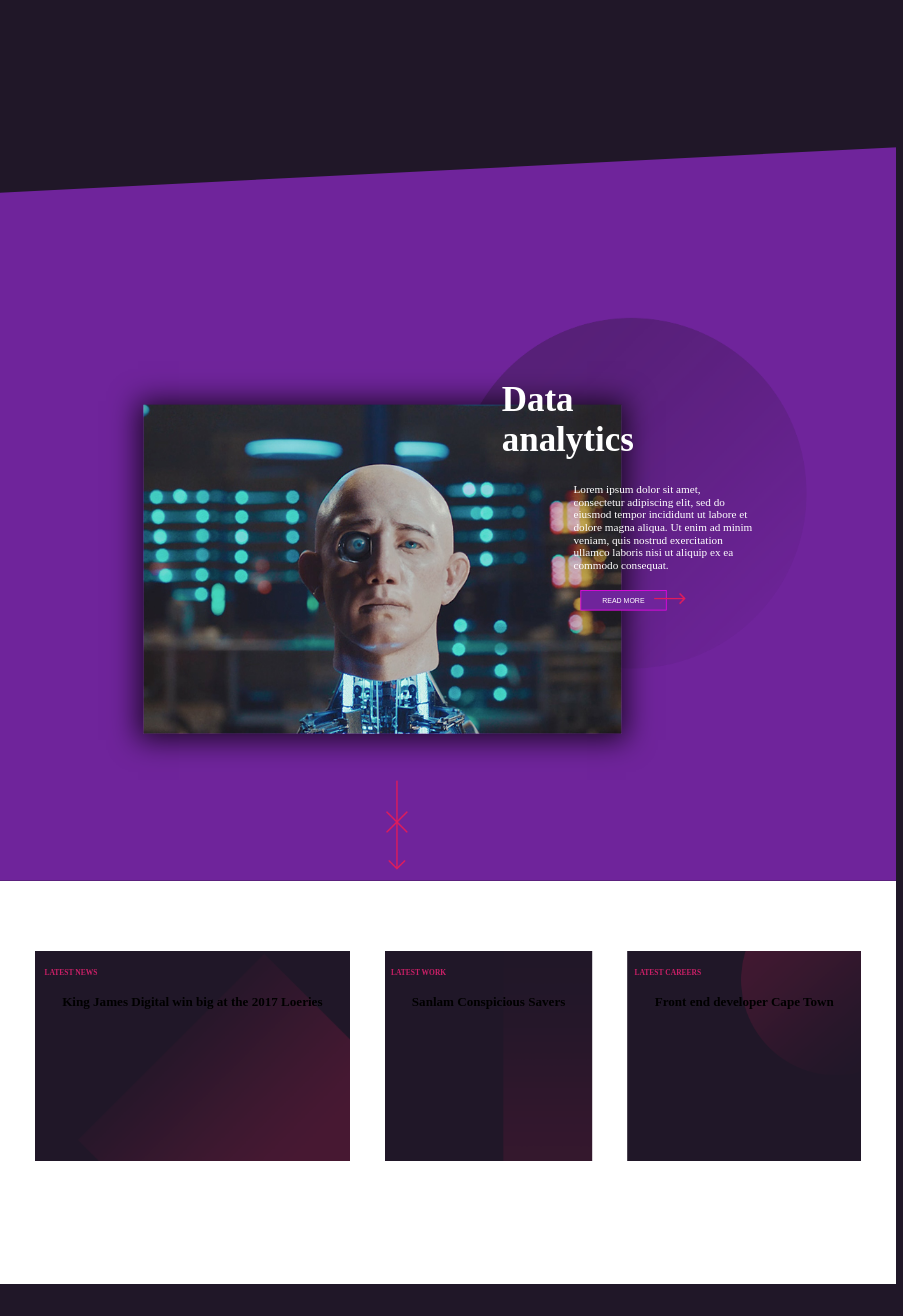
Repository: Ajtheult/King-James-Site
Page: index.html
These files come from the project's save history. The page is drawn as it stood at one moment and after the next save; the edit follows.
The browser window is 1280 px wide. The page is 1290 px wide, so the pictures cover 1290 px, including what lies to the right of the window. The pictures show the part of the page from y = 2051 to 3931 px (the page is 3931 px tall), at 70% of full size.
Some web fonts or font styles are not loaded; a fallback is used. The style sheet was rebuilt from its Sass, Less or Tailwind sources for each picture, by a compiler version that may differ from the author's.

Above is the page before, as saved 2020-08-21 14:27:12.

### index.html
<!DOCTYPE html>
<html lang="en">
  <head>
    <meta charset="UTF-8" />
    <meta name="viewport" content="width=device-width, initial-scale=1.0" />
    <!-- Font Awesome -->
    <link
      rel="stylesheet"
      href="https://use.fontawesome.com/releases/v5.7.2/css/all.css"
      integrity="sha384-fnmOCqbTlWIlj8LyTjo7mOUStjsKC4pOpQbqyi7RrhN7udi9RwhKkMHpvLbHG9Sr"
      crossorigin="anonymous"
    />
    <!-- Font Awesome -->
    <!-- Fonts -->
    <link
      href="https://fonts.googleapis.com/css2?family=Playfair+Display&display=swap"
      rel="stylesheet"
    />
    <link
      href="https://fonts.googleapis.com/css2?family=Gruppo&display=swap"
      rel="stylesheet"
    />
    <!-- Fonts -->
    <link rel="stylesheet" href="./styling/index.css" />
    <title>King James</title>
  </head>
  <body>
    <div class="box">
      <i class="fas fa-bars move_icon"></i>
      <img
        src="./kjd-fontend-test-files/kjd-assets/kjd-logo.png"
        alt="img"
        class="heading"
      />
      <img
        src="./kjd-fontend-test-files/kjd-assets/arrow-down.png"
        alt=""
        srcset=""
        class="white_arrow"
      />
    </div>
    <div class="box_two">
      <div>
        We offer an interconnected set of services to help our clients respond
        to the disruptions and seize the opportunities of the digital age.
        <button type="button">ABOUT US</button>
        <img
          src="./kjd-fontend-test-files/kjd-assets/arrow-right.png"
          alt="arrow"
          class="arrow_by_button"
        />
      </div>
    </div>
    <!-- Second section -->
    <div class="box_three">
      <img
        src="./kjd-fontend-test-files/kjd-assets/missing.png"
        alt="cross"
        class="move_cross"
      />
      <div class="text-box">
        <h1 class="title">Advertising communications</h1>
        <p>
          Lorem ipsum dolor sit amet, consectetur adipiscing elit, sed do
          eiusmod tempor incididunt ut labore et dolore magna aliqua. Ut enim ad
          minim veniam, quis nostrud exercitation ullamco laboris nisi ut
          aliquip ex ea commodo consequat.
        </p>
        <button type="button">READ MORE</button>
        <img
          src="./kjd-fontend-test-files/kjd-assets/arrow-right.png"
          alt="arrow"
          class="arrow_by_button"
        />
      </div>
      <img
        src="./kjd-fontend-test-files/kjd-assets/hex-gradient.png"
        alt="hex"
        class="move_hex"
      />
      <img
        src="./kjd-fontend-test-files/kjd-assets/arrow-glyph.png"
        alt="arrow"
        class="cross_arrow"
      />
      <img
        src="./kjd-fontend-test-files/kjd-assets/image-slider-1.jpg"
        alt="people"
        class="people"
      />
      <img
        src="./kjd-fontend-test-files/kjd-assets/glyph.png"
        alt="squiggle"
        class="squiggle"
      />
    </div>
    <div class="box_four">
      <img
        src="./kjd-fontend-test-files/kjd-assets/circle-gradient.png"
        alt="circle"
        class="circle"
      />
      <img
        src="./kjd-fontend-test-files/kjd-assets/image-slider-2.jpg"
        alt="robot"
        class="robot"
      />
      <div class="text-box-2">
        <h1 class="title_of_robot">Data analytics</h1>
        <p>
          Lorem ipsum dolor sit amet, consectetur adipiscing elit, sed do
          eiusmod tempor incididunt ut labore et dolore magna aliqua. Ut enim ad
          minim veniam, quis nostrud exercitation ullamco laboris nisi ut
          aliquip ex ea commodo consequat.
        </p>
        <button type="button">READ MORE</button>
        <img
          src="./kjd-fontend-test-files/kjd-assets/arrow-right.png"
          alt="arrow"
          class="arrow_by_button"
        />
      </div>
      <img
        src="./kjd-fontend-test-files/kjd-assets/arrow-glyph-2.png"
        alt="arrowtwo"
        class="arrow_with_cross"
      />
    </div>
    <div class="box_five">
      <div class="grid-container">
        <div class="grid-item num_one">
          <h6>LATEST NEWS</h6>
          <h3>King James Digital win big at the 2017 Loeries</h3>
        </div>
        <div class="grid-item num_two">
          <h6>LATEST WORK</h6>
          <h3>Sanlam Conspicious Savers</h3>
        </div>
        <div class="grid-item num_three">
          <h6>LATEST CAREERS</h6>
          <h3>Front end developer Cape Town</h3>
        </div>
      </div>
    </div>
  </body>
</html>

### styling/index.scss
body {
  margin: 0;
  padding: 0;
  background-color: rgb(32, 23, 40);
}

.box {
  background-image: url(../kjd-fontend-test-files/kjd-assets/hearo-top.jpg);
  background-position: center;
  background-size: cover;
  height: 120vh;
  clip-path: polygon(0 0, 100% 0%, 100% 100%, 0 92%);
  .heading {
    color: black;
    position: absolute;
    top: 50%;
    left: 50%;
    transform: translate(-50%, -50%);
    text-align: center;
  }
  .move_icon {
    color: white;
    margin-left: 98%;
    margin-top: 1%;
  }
  .white_arrow {
    top: 95%;
    left: 50%;
    transform: translate(-50%, -50%);
    position: absolute;
  }
}

.box_two {
  background-color: rgb(111, 36, 155);
  height: 50%;
  width: 70%;
  position: absolute;
  top: 68%;
  left: 50%;
  transform: translate(-50%, -50%);
  margin-top: 420px;
  clip-path: polygon(0 0, 100% 0, 100% 87%, 0% 100%);
  div {
    font-size: 265%;
    font-family: "Playfair Display", serif;
    text-align: center;
    color: white;
    margin-top: 2%;
    position: absolute;
    padding-left: 10%;
    padding-right: 10%;
  }
  button {
    border: 1px solid rgb(255, 0, 242);
    background-color: rgb(111, 36, 155);
    color: white;
    padding: 8px 30px;
    font-size: 10px;
    position: absolute;
    transform: translate(-70%, 270%);
  }
  .arrow_by_button {
    transform: translate(30%, 340%);
  }
}

.box_three {
  margin-top: 50%;
  .move_cross {
    position: absolute;
    top: 170%;
    left: 50%;
    transform: translate(-50%, -50%);
    z-index: -1;
  }
  .move_hex {
    transform: translate(90%, -125%);
    // z-index: -1;
  }
  .people {
    transform: translate(20%, -102%);
  }
  .squiggle {
    transform: translate(20%, -720%);
  }
  .cross_arrow {
    transform: translate(50%, -300%);
  }
  .text-box {
    transform: translate(95%, -80%);
    width: 20%;
    // z-index: 2;
    .title {
      font-size: 350%;
      color: white;
    }
    p {
      color: white;
      font-family: "Gruppo", cursive;
    }
    button {
      border: 1px solid rgb(255, 0, 242);
      background-color: rgb(32, 23, 40);
      color: white;
      padding: 8px 30px;
      font-size: 10px;
      position: absolute;
      transform: translate(0%, 50%);
    }
    .arrow_by_button {
      transform: translate(230%, 130%);
    }
  }
}

.box_four {
  height: 150vh;
  background-color: rgb(111, 36, 155);
  margin-top: -100px;
  clip-path: polygon(0 9%, 150% 0%, 100% 100%, 0% 100%);
  .circle {
    position: absolute;
    transform: translate(130%, 55%);
  }
  .robot {
    transform: translate(30%, 85%);
    -webkit-box-shadow: -1px 2px 38px 7px rgba(0, 0, 0, 0.75);
    -moz-box-shadow: -1px 2px 38px 7px rgba(0, 0, 0, 0.75);
    box-shadow: -1px 2px 38px 7px rgba(0, 0, 0, 0.75);
  }
  .text-box-2 {
    transform: translate(300%, -50%);
    width: 20%;
    // z-index: 2;
    .title_of_robot {
      font-size: 312%;
      color: white;
      transform: translate(-20%, 10%);
    }
    p {
      color: white;
      font-family: "Gruppo", cursive;
      transform: translate(20%, 10%);
    }
    button {
      border: 1px solid rgb(255, 0, 242);
      background-color: rgb(111, 36, 155);
      color: white;
      padding: 8px 30px;
      font-size: 10px;
      position: absolute;
      transform: translate(50%, 80%);
    }
    .arrow_by_button {
      transform: translate(370%, 170%);
    }
  }
  .arrow_with_cross {
    float: right;
    transform: translate(-2250%, 95%);
  }
}

.box_five {
  height: 80vh;
  background-color: white;
  .grid-container {
    display: grid;
    grid-column-gap: 50px;
    grid-template-columns: auto auto auto;

    padding-top: 100px;
    padding-left: 50px;
    padding-right: 50px;
    .grid-item {
      height: 300px;
      text-align: center;
      background-position: center;
      background-size: cover;
      h6 {
        color: rgb(204, 32, 104);
        text-align: left;
        padding-left: 3%;
        font-family: "Gruppo", cursive;
      }
    }
    .num_one {
      background-image: url(../kjd-fontend-test-files/kjd-assets/bg-square-gradient.png);
    }
    .num_two {
      background-image: url(../kjd-fontend-test-files/kjd-assets/bg-rectangle-gradient.png);
    }
    .num_three {
      background-image: url(../kjd-fontend-test-files/kjd-assets/bg-circle-gradient.png);
    }
  }
}

// Mobile
@media (max-width: 910px) {
  .box {
    background-image: url(../kjd-fontend-test-files/kjd-assets/hearo-top.jpg);
    background-position: center;
    background-size: cover;
    height: 120vh;
    clip-path: polygon(0 0, 100% 0, 100% 100%, 0 89%);
    .heading {
      color: black;
      position: absolute;
      top: 50%;
      left: 50%;
      transform: translate(-50%, -50%);
      text-align: center;
    }
    .move_icon {
      color: white;
      margin-left: 96%;
      margin-top: 1%;
    }
    .white_arrow {
      top: 93%;
      left: 50%;
      transform: translate(-50%, -50%);
      position: absolute;
    }
  }
  .box_two {
    background-color: rgb(111, 36, 155);
    height: 50%;
    width: 70%;
    position: absolute;
    top: 70%;
    left: 50%;
    transform: translate(-50%, -50%);
    margin-top: 420px;
    clip-path: polygon(0 0, 100% 0, 100% 87%, 0% 100%);
    div {
      font-size: 140%;
      font-family: "Playfair Display", serif;
      text-align: center;
      color: white;
      margin-top: 5%;
      position: absolute;
      padding-left: 10%;
      padding-right: 10%;
    }
    button {
      border: 1px solid rgb(255, 0, 242);
      background-color: rgb(111, 36, 155);
      color: white;
      padding: 8px 30px;
      font-size: 10px;
      position: absolute;
      transform: translate(-90%, 270%);
    }
    .arrow_by_button {
      transform: translate(-10%, 450%);
    }
  }
  // Box 3
  .box_three {
    margin-top: 850px;
    .move_cross {
      position: absolute;
      top: 170%;
      left: 50%;
      transform: translate(-50%, -50%);
      z-index: -1;
    }
    .move_hex {
      transform: translate(90%, -125%);
      width: 50%;
      height: 50%;
      // z-index: -1;
    }
    .people {
      transform: translate(20%, -102%);
    }
    .squiggle {
      transform: translate(20%, -720%);
    }
    .cross_arrow {
      transform: translate(50%, -300%);
    }
    .text-box {
      transform: translate(95%, -80%);
      width: 20%;
      // z-index: 2;
      .title {
        font-size: 350%;
        color: white;
      }
      p {
        color: white;
        font-family: "Gruppo", cursive;
      }
      button {
        border: 1px solid rgb(255, 0, 242);
        background-color: rgb(32, 23, 40);
        color: white;
        padding: 8px 30px;
        font-size: 10px;
        position: absolute;
        transform: translate(0%, 50%);
      }
      .arrow_by_button {
        transform: translate(230%, 130%);
      }
    }
  }

  .box_four {
    height: 100vh;
    background-color: rgb(111, 36, 155);
    margin-top: -200px;
    clip-path: polygon(0 9%, 100% 0%, 100% 100%, 0% 100%);
  }
}

After the next save:
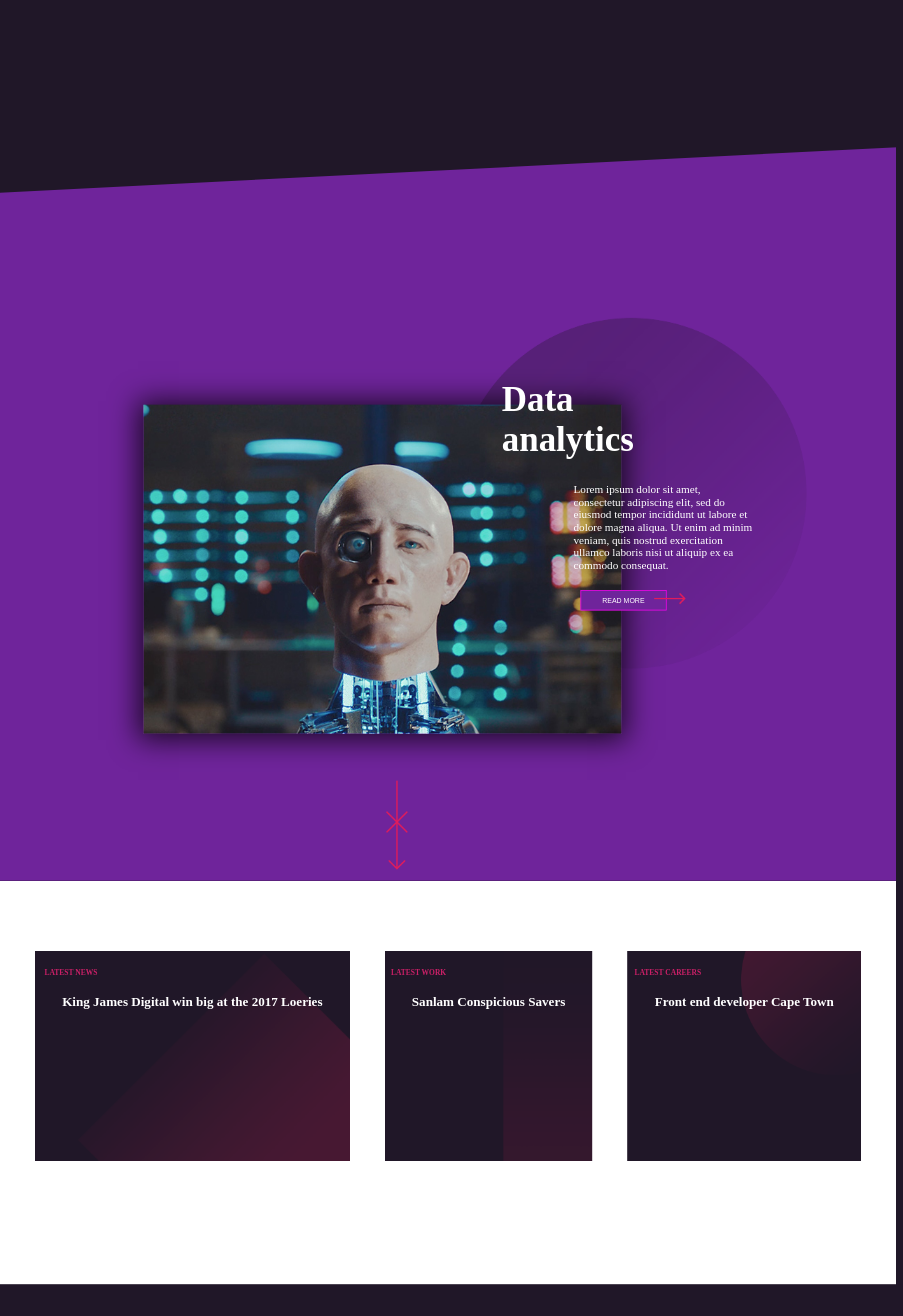
Saved 27 s later.
--- a/styling/index.scss
+++ b/styling/index.scss
@@ -184,6 +184,9 @@ body {
         padding-left: 3%;
         font-family: "Gruppo", cursive;
       }
+      h3 {
+        color: white;
+      }
     }
     .num_one {
       background-image: url(../kjd-fontend-test-files/kjd-assets/bg-square-gradient.png);
